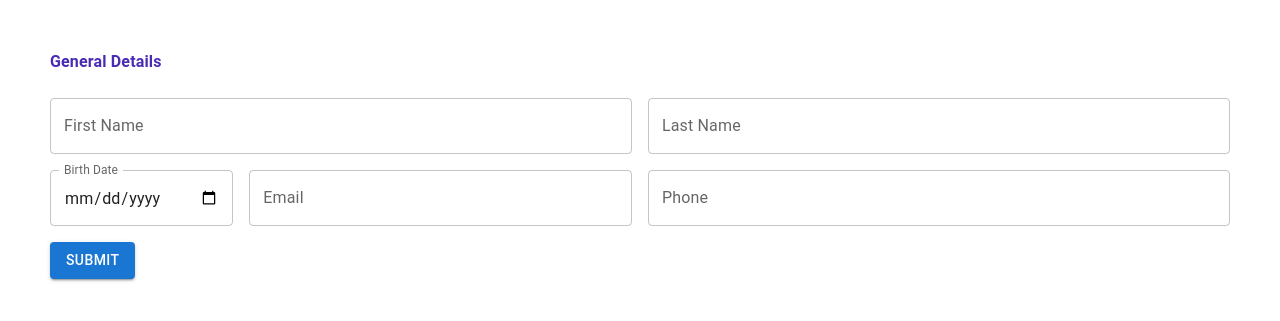
Repository: lenx0/front-client-manager
Page: /
These files come from the project's save history. The page is drawn as it stood at one moment and after a run of saves; the edit follows.
The browser window is 1280 px wide. The pictures show the whole page.
The project was rebuilt for these pictures with package versions that can differ from the ones it lists, and the page was loaded fresh each time. Also part of the build but not shown: vite.config.js, src/App.css.

Above is the page before, as saved 2024-06-25 11:32:34.

After the next 2 saves:
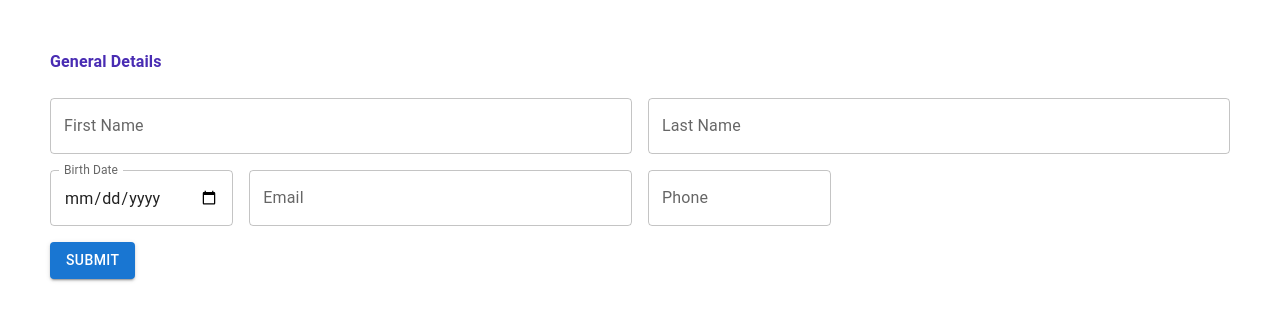
The 2 saves are shown as one change because they came seconds apart.
The last was saved 6 s later.
--- a/src/components/UserForm.jsx
+++ b/src/components/UserForm.jsx
@@ -66,7 +66,7 @@ const UserForm = () => {
             }}
           />
         </Grid>
-        <Grid item xs={6}>
+        <Grid item xs={2}>
           <CustomInput
             name="phone"
             control={control}
